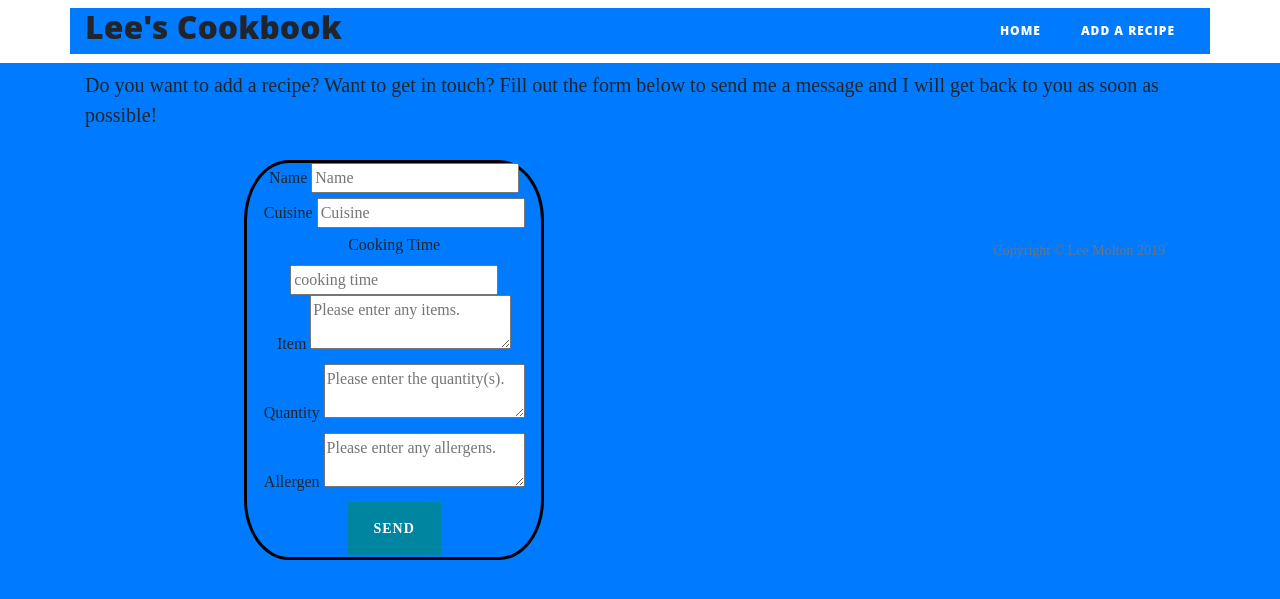
Repository: leemolton/recipes-project
Page: http://localhost/add_recipe
The author's editor kept a record of every edit. The page is drawn from the files as they stood at one moment, then again after the next edit.
The browser window is 1280 px wide. The pictures show the whole page.
The page is served by the project's application, run on Flask 3 (run.py). Queries for data that is not in the repository find no rows.

Above is the page before.

After the next edit:
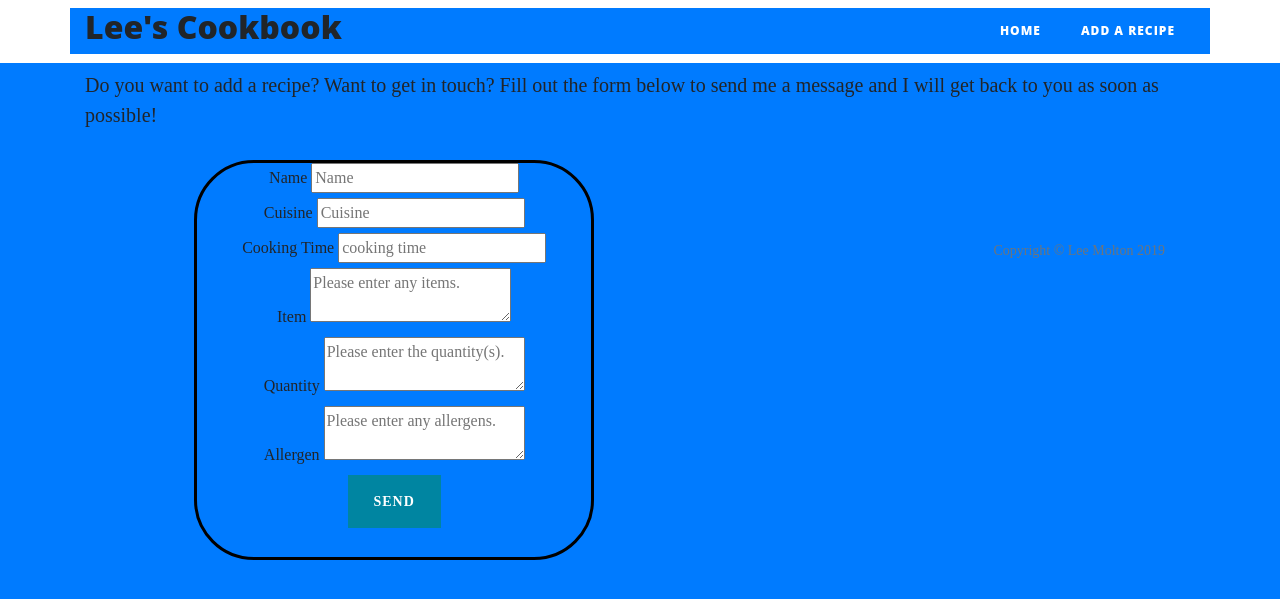
The edit:
--- a/static/css/style.css
+++ b/static/css/style.css
@@ -87,7 +87,7 @@
 }
 
 .box_title {
-	width: 300px;
+	width: 400px;
 	height: 400px;
 	text-align: center;
 	border-style: solid;
